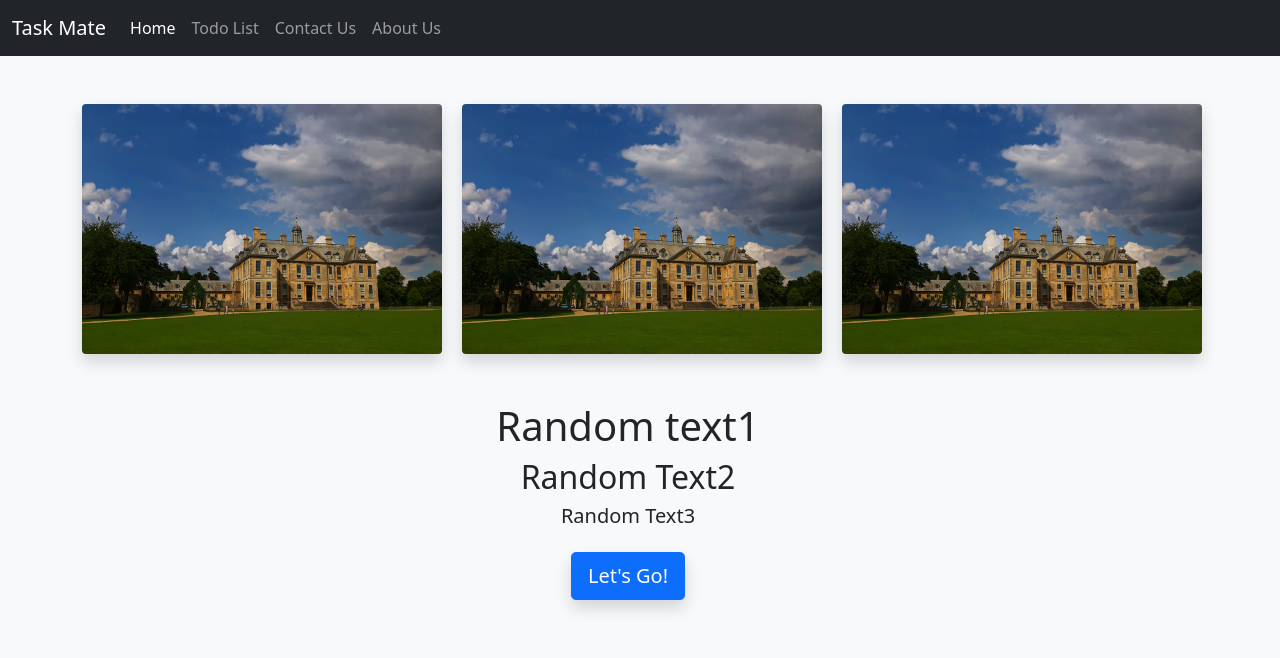
Repository: itathagata/Registration_System
Page: http://localhost/
These files come from the project's save history. The page is drawn as it stood at one moment and after the next save; the edit follows.
The browser window is 1280 px wide. The pictures show the whole page.
The page is served by the project's application, run on Django 2.2 (manage.py). Other server files are loaded and not shown.

Above is the page before, as saved 2021-06-05 12:24:31.

### todolist_app/views.py
from django.http.response import HttpResponse
from django.shortcuts import redirect, render
from django.http import HttpResponse
from todolist_app.models import TaskList
from todolist_app.forms import TaskForm
from django.contrib import messages
from django.core.paginator import Paginator
# Create your views here.
context = {'welcome':"Welcome to Todo List Page.",
    'contact_text':"Welcome to Todo List Contact Page.",
    'about_text':"Welcome to Todo List About Page.",
    'index_text':"Welcome to Todo List Index Page.",}
def todolist(request):
    if request.method == "POST":
        form = TaskForm(request.POST or None)
        if form.is_valid():
            form.save()
        messages.success(request,("New Student Added!"))
        return redirect('todolist')
    else:
        all_tasks = TaskList.objects.all()
        paginator = Paginator(all_tasks, 5)
        page = request.GET.get('pg')
        all_tasks = paginator.get_page(page)
        return render(request, 'todolist.html',{'all_tasks':all_tasks})



def complete_task(request,task_id):
    task = TaskList.objects.get(pk=task_id)
    task.Attendance = True
    task.save()
    return redirect('todolist')


def pending_task(request,task_id):
    task = TaskList.objects.get(pk=task_id)
    task.Attendance = False
    task.save()
    return redirect('todolist')

def delete_task(request,task_id):
    task = TaskList.objects.get(pk=task_id)
    task.delete()
    return redirect('todolist')




def edit_task(request,task_id):
    if request.method == "POST":
        task = TaskList.objects.get(pk=task_id)
        form = TaskForm(request.POST or None,instance=task)
        if form.is_valid():
            form.save()
        messages.success(request,("Edited!"))
        return redirect('todolist')
    else:
        task_obj = TaskList.objects.get(pk=task_id)
        return render(request, 'edit.html',{'task_obj':task_obj})


def contact(request):
    return render(request, 'contact.html',context)
def about(request):
    return render(request, 'about.html',context)

def index(request):
    return render(request, 'index.html',context)

### todolist_app/templates/index.html
{% extends 'base.html' %}
{% load static %}
{% block title %}
<title>Welcome</title>
{% endblock title %}

{% block content %}
    <div class="container">
        <div class="row mt-5">
            <div class="col-lg-4">
                <img src="{% static 'images/background.jpg'%}" class="rounded-lg shadow rounded" alt="Background" width="360"height="250">
            </div>
            <div class="col-lg-4">
                <img src="{% static 'images/background.jpg'%}" class="rounded-lg shadow rounded" alt="Background" width="360"height="250">
            </div>
            <div class="col-lg-4">
                <img src="{% static 'images/background.jpg'%}" class="rounded-lg shadow rounded" alt="Background" width="360"height="250">
            </div>
            <div class="row mt-5">
                <div class="col-md-10 offset-md-1">
                    <center><p class="h1">Random text1</p></center>
                    <center><p class="h2">Random Text2</p></center>
                    <center><p class="h5">Random Text3</p></center>
                    <center><a href="{% url 'todolist'%}"><button type="button" class="btn btn-primary btn-lg mt-3 shadow">Let's Go!</button></a></center>
                </div>
            </div>

        </div>
{% endblock content %}

### templates/base.html
<!doctype html>
<html lang="en">
  <head>
    <!-- Required meta tags -->
    <meta charset="utf-8">
    <meta name="viewport" content="width=device-width, initial-scale=1">

    <!-- Bootstrap CSS -->
    <link href="https://cdn.jsdelivr.net/npm/bootstrap@5.0.1/dist/css/bootstrap.min.css" rel="stylesheet" integrity="sha384-+0n0xVW2eSR5OomGNYDnhzAbDsOXxcvSN1TPprVMTNDbiYZCxYbOOl7+AMvyTG2x" crossorigin="anonymous">

    {% block title %}{% endblock title %}
    <nav class="navbar navbar-expand-lg navbar-dark bg-dark">
  <div class="container-fluid">
    <a class="navbar-brand" href="{% url 'index'%}">Task Mate</a>
    <button class="navbar-toggler" type="button" data-bs-toggle="collapse" data-bs-target="#navbarNavAltMarkup" aria-controls="navbarNavAltMarkup" aria-expanded="false" aria-label="Toggle navigation">
      <span class="navbar-toggler-icon"></span>
    </button>
    <div class="collapse navbar-collapse" id="navbarNavAltMarkup">
      <div class="navbar-nav">
        <a class="nav-link active" aria-current="page" href="{% url 'index'%}">Home</a>
        <a class="nav-link" href="{% url 'todolist'%}">Todo List</a>
        <a class="nav-link" href="{% url 'contact'%}">Contact Us</a>
        <a class="nav-link" href="{% url 'about'%}">About Us</a>
      </div>
    </div>
  </div>
</nav>
  </head>
  <body class="bg-light">
  {% block content %}{% endblock content %}
    <script src="https://cdn.jsdelivr.net/npm/bootstrap@5.0.1/dist/js/bootstrap.bundle.min.js" integrity="sha384-gtEjrD/SeCtmISkJkNUaaKMoLD0//ElJ19smozuHV6z3Iehds+3Ulb9Bn9Plx0x4" crossorigin="anonymous"></script>
  </body>
</html>

### taskmate/urls.py

from django.contrib import admin
from django.urls import path, include
from todolist_app import views as todolist_views
urlpatterns = [
    path('admin/', admin.site.urls),
    path('', todolist_views.index, name='index'),
    path('todolist', include('todolist_app.urls')),
    path('contact', todolist_views.contact, name='contact'),
    path('about-us', todolist_views.about, name='about'),
]

### todolist_app/urls.py
from todolist_app import views
from django.urls import path
urlpatterns = [
    path('/', views.todolist, name='todolist'),
    path('/delete/<task_id>', views.delete_task, name='delete_task'),
    path('/edit/<task_id>', views.edit_task, name='edit_task'),
    path('/complete/<task_id>', views.complete_task, name='complete_task'),
    path('/pending/<task_id>', views.pending_task, name='pending_task'),


]

After the next save:
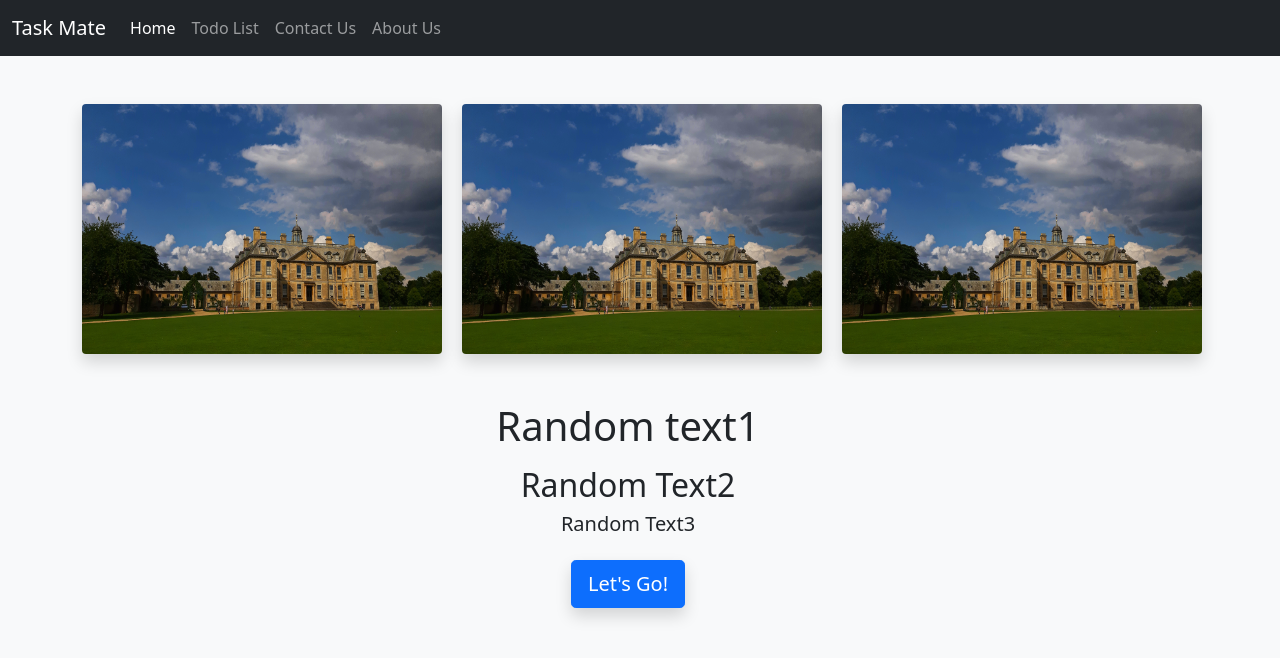
Saved 55 s later.
--- a/todolist_app/templates/index.html
+++ b/todolist_app/templates/index.html
@@ -19,8 +19,8 @@
             <div class="row mt-5">
                 <div class="col-md-10 offset-md-1">
                     <center><p class="h1">Random text1</p></center>
-                    <center><p class="h2">Random Text2</p></center>
-                    <center><p class="h5">Random Text3</p></center>
+                    <center><p class="h2 mt-3">Random Text2</p></center>
+                    <center><p class="h5 mt-1">Random Text3</p></center>
                     <center><a href="{% url 'todolist'%}"><button type="button" class="btn btn-primary btn-lg mt-3 shadow">Let's Go!</button></a></center>
                 </div>
             </div>
